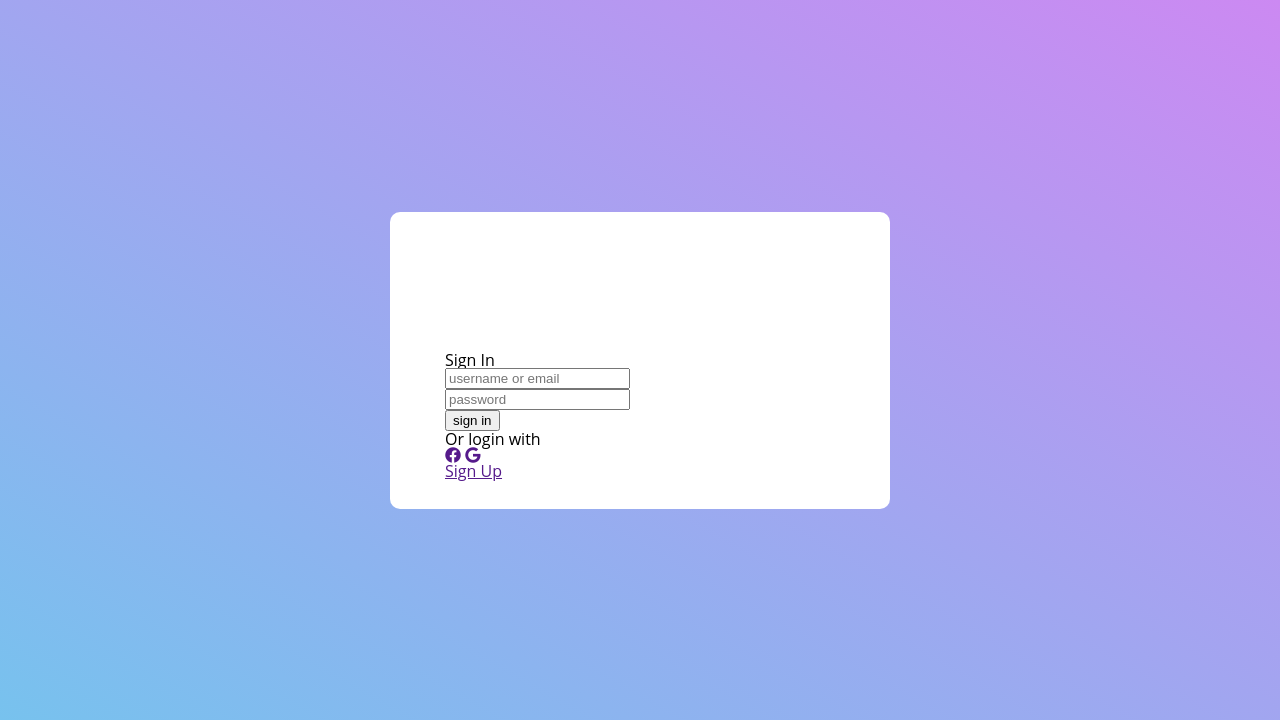
Repository: letrongtinh27/LapTrinhWeb
Page: signin/index.html
The author's editor kept a copy of each file at every save. The page is drawn from the files as they stood at one save, then again after the next save.
The browser window is 1280 px wide. The pictures show the whole page.

Above is the page before, as saved 2022-10-09 20:31:44.

After the next save:
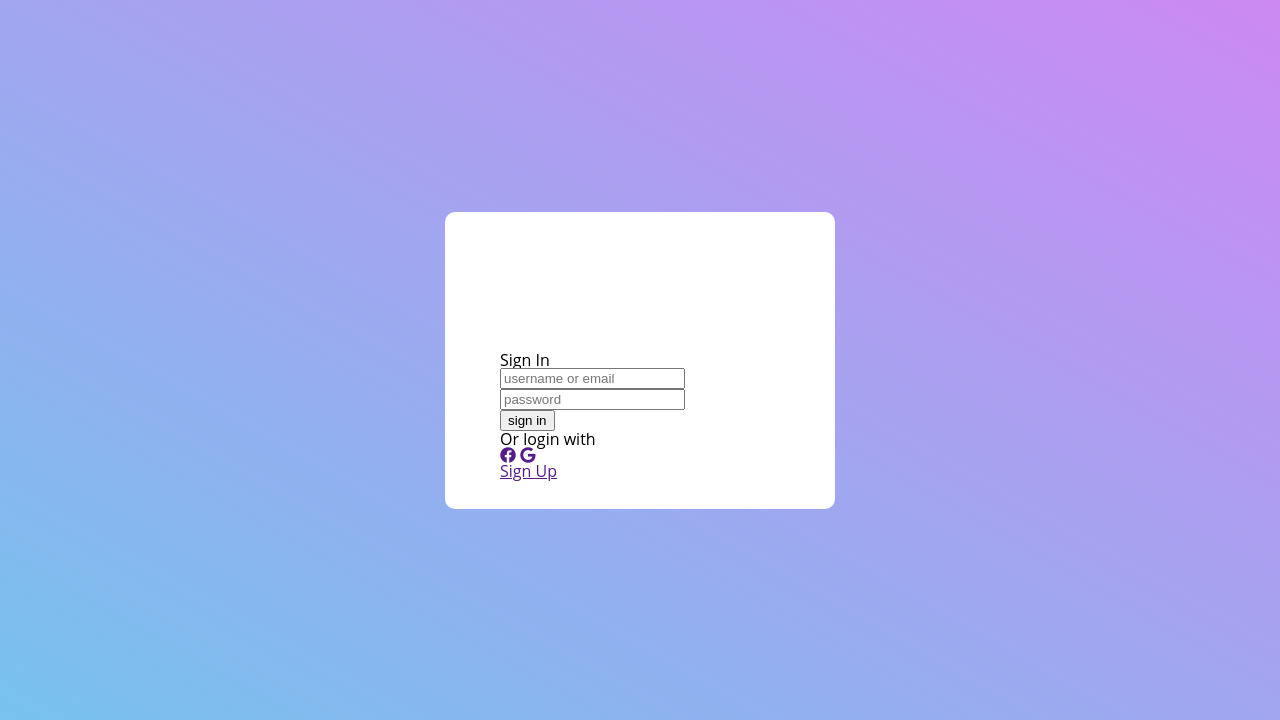
Saved 9 s later.
--- a/signin/style.css
+++ b/signin/style.css
@@ -19,7 +19,7 @@ body {
     background-color: white;
     border-radius: 10px;
     width: 100%;
-    max-width: 500px;
+    max-width: 390px;
     padding: 80px 55px 30px 55px;
 
 }
